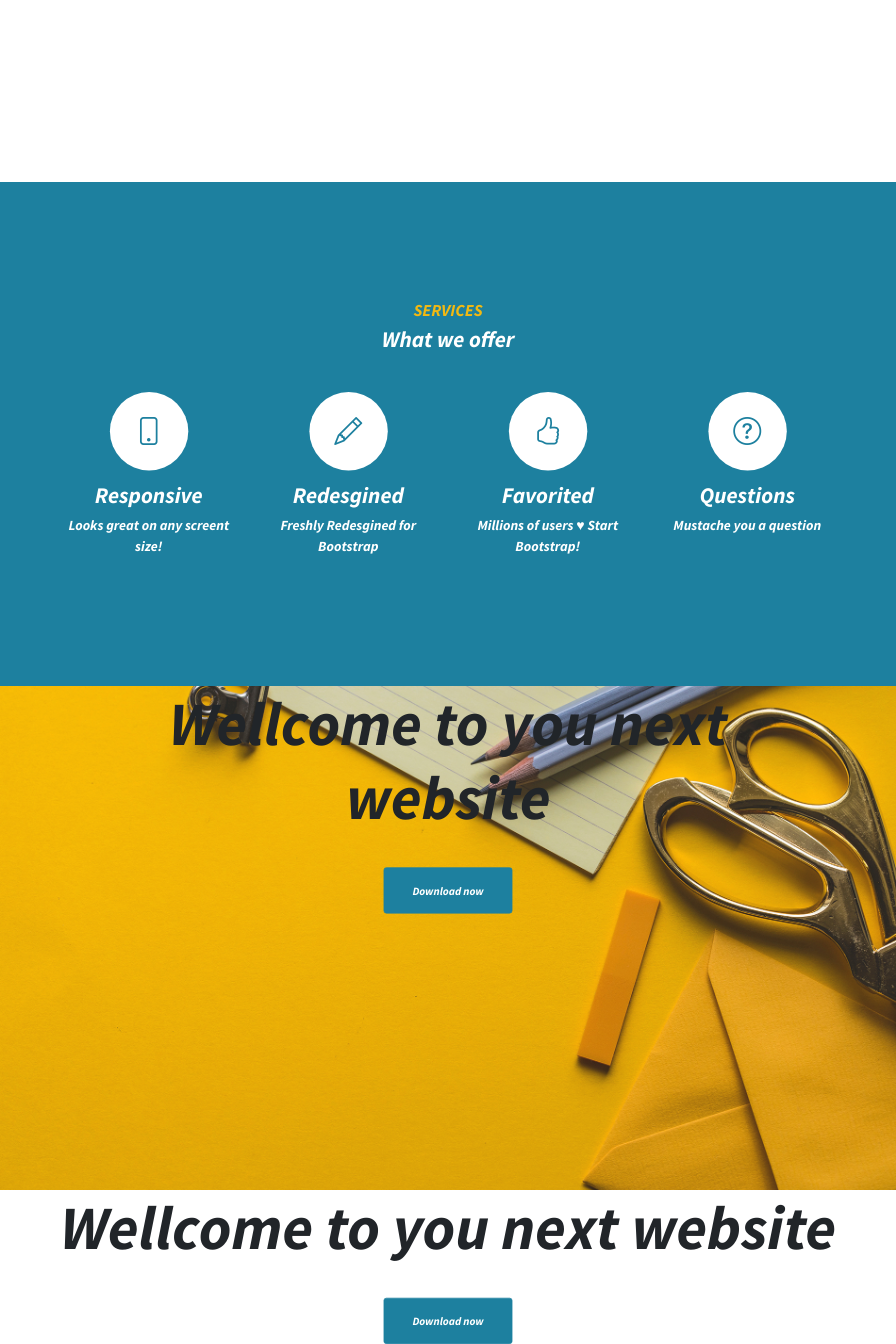
Repository: hoangpino/VE_FE_FrameWork_005
Page: lab06/index.html
The author's editor kept a copy of each file at every save. The page is drawn from the files as they stood at one save, then again after the next save.
The browser window is 1280 px wide. The pictures show the part of the page from y = 1180 to 3100 px (the page is 3100 px tall before and 2880 px after), at 70% of full size.
Backgrounds fixed to the window are drawn as part of the page.

Above is the page before, as saved 2021-10-05 18:43:49.

### lab06/index.html
<!DOCTYPE html>
<html lang="en">

<head>
    <meta charset="UTF-8">
    <meta http-equiv="X-UA-Compatible" content="IE=edge">
    <meta name="viewport" content="width=device-width, initial-scale=1.0">
    <title>Portfolio</title>
    <link rel="stylesheet" href="./css/style.css" type="text/css" />
    <link rel="icon" href="./img/schools.png" />
    <link href="https://cdn.jsdelivr.net/npm/bootstrap@5.1.1/dist/css/bootstrap.min.css"
        rel="stylesheet"
        integrity="sha384-F3w7mX95PdgyTmZZMECAngseQB83DfGTowi0iMjiWaeVhAn4FJkqJByhZMI3AhiU"
        crossorigin="anonymous" />
    <link rel="stylesheet"
        href="https://cdnjs.cloudflare.com/ajax/libs/font-awesome/6.0.0-beta2/css/all.min.css" />
    <link rel="preconnect" href="https://fonts.googleapis.com">
    <link rel="preconnect" href="https://fonts.gstatic.com" crossorigin>
    <link
        href="https://fonts.googleapis.com/css2?family=Source+Sans+Pro:ital,wght@1,700&display=swap"
        rel="stylesheet" />
    <link rel="stylesheet"
        href="https://cdn.jsdelivr.net/npm/bootstrap-icons@1.5.0/font/bootstrap-icons.css">
</head>

<body>
    <a href="" class="menu-toggle rounded" hef="#" data-bs-toggle="offcanvas"
        data-bs-target="#offcanvas-right" aria-controls="offcanvas-right">
        <i class="fas fa-bars"></i>
    </a>
    <div class="offcanvas offcanvas-end" tabindex="-1" aria-labelledby="offcanvas-right-lable"
        id="offcanvas-right">
        <div class="offcanvas-header">
            <h5 id="offcanvas-right-label">Start Bootstrap</h5>
            <button type="button" class="btn-close btn-close-white text-reset"
                data-bs-dismiss="offcanvas" aria-label="Close"></button>
        </div>
        <div class="offcanvas-body">
            <ul class="sidebar-nav">
                <li class="sidebar-nav-item"><a href="#home">Home</a></li>
                <li class="sidebar-nav-item"><a href="#about">About</a></li>
                <li class="sidebar-nav-item"><a href="#services">Services</a></li>
                <li class="sidebar-nav-item"><a href="#callout">Callout</a></li>
                <li class="sidebar-nav-item"><a href="#portfolio">Portfolio</a></li>
                <li class="sidebar-nav-item"><a href="#">Contacts</a></li>
            </ul>
        </div>
    </div>

    <!-- Header -->
    <header class="d-flex align-items-center" id="home">
        <div class="container text-center">
            <h1 class="m-1">Stylist Portfolio</h1>
            <h3 class="mb-5">A Free Bootstrap Theme by Start Bootstrap </h3>
            <a href="" class="btn btn-primary btn-xl">Find Out More</a>
        </div>
    </header>

    <!-- About -->
    <section class="d-flex align-items-center" id="about">
        <div class="container text-center">
            <h2 class="m-1">Stylish Portfolio is the perfect theme for your next project!</h2>
            <p class="mb-5">This theme features a flexible, UX friendly sidebar menu and stock
                photos from our friends at Unsplash !</p>
            <a href="" class="btn btn-primary btn-xl">Find Out More</a>
        </div>
    </section>

    <!-- Services -->
    <section class="d-flex align-items-center" id="services">
        <div class="container text-center">
            <div class="section-header">
                <h4>Services</h4>
                <h2>What we offer</h2>
            </div>
            <div class="row">
                <div class="col-lg-3 col-md-6 mt-5">
                    <span class="services-icon mx-auto mb-3"><i class="bi bi-phone"></i></span>
                    <h2>Responsive</h2>
                    <p>Looks great on any screent size!</p>
                </div>
                <div class="col-lg-3 col-md-6 mt-5">
                    <span class="services-icon mx-auto mb-3"><i class="bi bi-pencil"></i></span>
                    <h2>Redesgined</h2>
                    <p>Freshly Redesgined for Bootstrap</p>
                </div>
                <div class="col-lg-3 col-md-6 mt-5">
                    <span class="services-icon mx-auto mb-3"><i
                            class="bi bi-hand-thumbs-up"></i></span>
                    <h2>Favorited</h2>
                    <p>Millions of users &hearts; Start Bootstrap!</p>
                </div>
                <div class="col-lg-3 col-md-6 mt-5">
                    <span class="services-icon mx-auto mb-3"><i
                            class="bi bi-question-circle"></i></span>
                    <h2>Questions</h2>
                    <p>Mustache you a question</p>
                </div>
            </div>
        </div>
    </section>

    <!-- Callout -->
    <section class="d-flex aglin-items-center" id="callout">
        <div class="container px-4 px-lg-5 text-center">
            <h1 class="mb-5">Wellcome to <em>you</em> next website</h1>
            <a href="#" class="btn btn-primary btn-xl">Download now</a>
        </div>
    </section>

    <!-- Porfolior -->
    <section class="d-flex aglin-items-center" id="portfolio">
        <div class="container text-center">
            <h1 class="mb-5">Wellcome to <em>you</em> next website</h1>
            <a href="#" class="btn btn-primary btn-xl">Download now</a>
        </div>
    </section>

    <script src="https://cdn.jsdelivr.net/npm/bootstrap@5.1.1/dist/js/bootstrap.bundle.min.js"
        integrity="sha384-/bQdsTh/da6pkI1MST/rWKFNjaCP5gBSY4sEBT38Q/9RBh9AH40zEOg7Hlq2THRZ"
        crossorigin="anonymous"></script>
</body>

</html>

### lab06/css/style.css
:root {
    --color-green: #1d809f;
    --color-green-dark:rgb(15, 64, 78);
    --color-dark:#343a40;
    --color-yellow: #f2b912;
}

body {
    font-family: 'Source Sans Pro', sans-serif !important;
}

* {
    margin: 0;
    padding: 0;
}
.menu-toggle {
    position: fixed;
    width: 50px;
    height: 50px;
    color: #fff;
    background-color: rgba(52,58,64,0.5);
    text-align: center;
    line-height: 50px;
    right: 15px;
    top: 15px;
}

.menu-toggle:hover {
    background-color: var(--color-dark);
    color: #fff;
}

.offcanvas {
    background-color: var(--color-green) !important;
    color: #fff;
    width: 250px;

}

.offcanvas ul {
    list-style: none;
    margin : 0;
    padding: 0;
}

.offcanvas a {
    color: #fff;
    display: block;
    padding: 15px;
    text-decoration: none;

}

.offcanvas a:hover {
    background-color: rgba(52, 58, 64, 0.2);
    color: #fff;
}

.offcanvas-body {
    padding: 0 !important;
    margin: 0;

}

.offcanvas-header {
    background-color: rgba(52, 58, 64, 0.1);
}

header {
    background: url(../img/bg-masthead.jpg);
    background-repeat: none;
    background-position: center center;
    background-size: cover;
    min-height: 100vh;
}

h1 {
    font-weight: 700 !important;
    font-size: 5.5rem !important;
}

h2 {
    font-weight: 700 !important;
    font-style: 2.0rem !important;
}

h3 {
    font-weight: 700 !important;
    font-style: 1.75rem !important;
    font-style: italic;
}

h4 {
    font-weight: 700;
    font-size: 1.0rem;
    text-transform: uppercase;
    color: var(--color-yellow);
}

p {
    font-weight: 300 !important;
    font-size: 1.25em;
}

.btn-primary {
    background-color: var(--color-green) !important;
    border-color: var(--color-green) !important;
}

.btn-primary:active, .btn-primary:hover {
    background-color: var(--color-green-dark) !important;
    border-color: var(--color-green-dark) !important;
}

.btn-xl {
    padding: 1.25em 2.5em !important;
}

#about {
    min-height: 100vh;
}

#services {
    min-height: 100vh;
    background-color: var(--color-green);
    color: #fff;
}

.services-icon {
    background-color:#fff !important;
    color: var(--color-green);
    height:7rem;
    width: 7rem;
    display: block;
    line-height: 7rem;
    text-align: center;
    font-size: 2.5em;
    border-radius: 50%;
}

#callout {
    min-height: 100vh;
    background: url(../img/bg-callout.jpg);
    background-repeat: none;
    background-position: top center;
    background-size: cover;
    background-attachment: fixed;
}

After the next save:
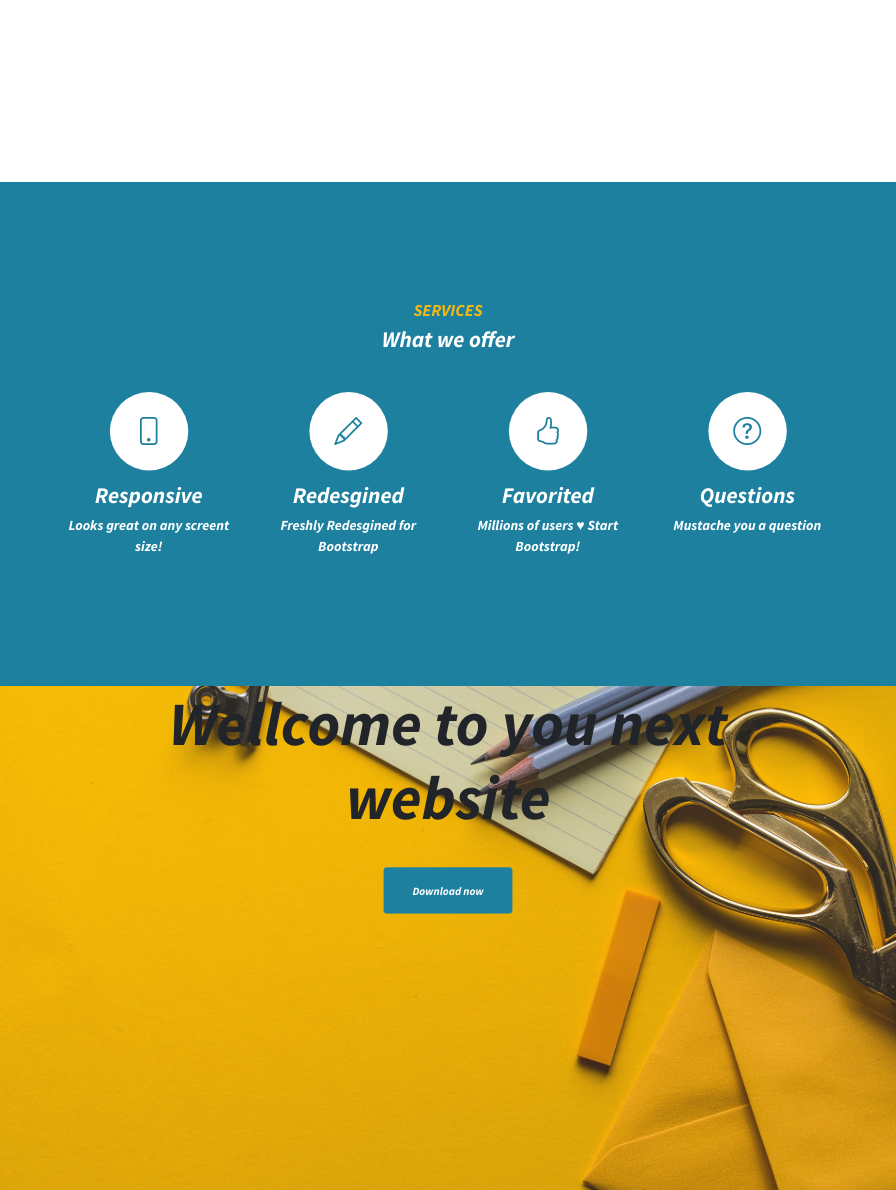
Saved 37 s later.
--- a/lab06/index.html
+++ b/lab06/index.html
@@ -111,8 +111,7 @@
     <!-- Porfolior -->
     <section class="d-flex aglin-items-center" id="portfolio">
         <div class="container text-center">
-            <h1 class="mb-5">Wellcome to <em>you</em> next website</h1>
-            <a href="#" class="btn btn-primary btn-xl">Download now</a>
+
         </div>
     </section>
 
